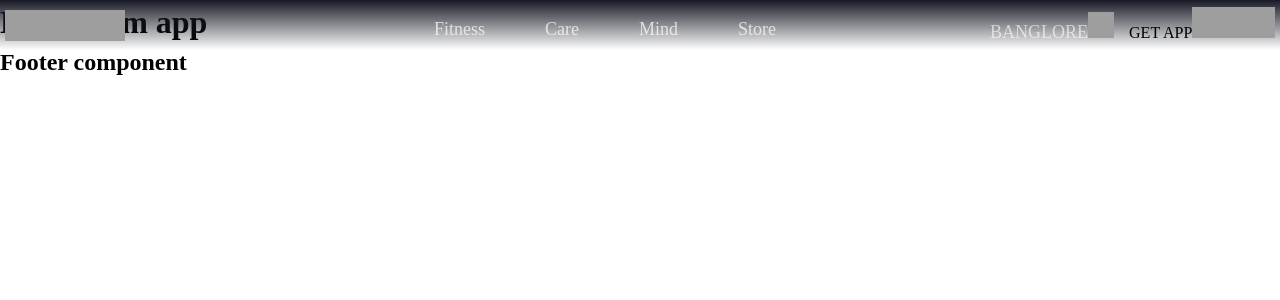
Repository: 1sanjeetsharma/cult-fit-clone
Page: /
The author's editor kept a copy of each file at every save. The page is drawn from the files as they stood at one save, then again after the next save.
The browser window is 1280 px wide. The pictures show the whole page.
Pictures or frames that could not be fetched are drawn as grey boxes. Some web fonts or font styles are not loaded; a fallback is used. The project was rebuilt for these pictures with package versions that can differ from the ones it lists, and the page was loaded fresh each time. Also part of the build but not shown: vite.config.js.

Above is the page before, as saved 2023-07-25 11:26:11.

### src/App.jsx
import LandingPage from "./components/landingPage/LandingPage";
function App() {
  return (
    <>
      <h1>Hello from app</h1>
      <LandingPage />
    </>
  );
}

export default App;

### src/components/landingPage/LandingPage.jsx
import Body from "../body/body";
// import Header from "../body/header/Header";
const LandingPage = () => {
	return (
		<>
			<Body></Body>
		</>
	);
};
export default LandingPage;

### src/components/body/body.jsx
import Header from "./header/Header";
import Footer from "./footer/Footer";
import "./body.css";
const Body = () => {
	console.log("hello from body");
	return (
		<>
			<Header />

			<Footer />
		</>
	);
};
export default Body;

### src/components/body/header/Header.jsx
import Navbar from "../Navbar/Navbar";
const Header = () => {
	return (
		<>
			<Navbar />
		</>
	);
};
export default Header;

### src/components/body/footer/Footer.jsx
const Footer = () => {
  return (
    <>
      <h2>Footer component</h2>
    </>
  );
};
export default Footer;

### src/components/body/body.css
/*
//not working these font  */
@font-face {
	font-family: inter-bold;
	src: url("https://fonts.googleapis.com/css2?family=Inter:wght@700&display=swap");
}
@font-face {
	font-family: helvetica-neue;
	src: url("https://fonts.cdnfonts.com/css/helvetica-neue-5");
}
body {
	font-family: inter-bold, helvetica-neue;
}

### src/components/body/Navbar/Navbar.jsx
import "./navbar.css";
const Navbar = () => {
	return (
		<>
			<div className="Nav-container">
				<nav>
					<a href="javascript:viod(0)">
						<img
							className="logo"
							height={"31px"}
							width={"120px"}
							src="https://cdn-images.cure.fit/www-curefit-com/image/upload/c_fill,w_120,q_auto:eco,dpr_2,f_auto,fl_progressive//image/test/brand-logo/vman-and-white-cult-text.png"
							alt="logo"
						/>
					</a>
					<div className="tabs">
						<a href="javascript:void(0)">Fitness</a>
						<a href="javascript:void(0)">Care</a>
						<a href="javascript:void(0)">Mind</a>
						<a href="javascript:void(0)">Store</a>
					</div>
					<div>
						<button className="location">
							BANGLORE
							<img
								src="https://cdn-images.cure.fit/www-curefit-com/image/upload/c_fill,w_26,q_auto:eco,dpr_2,f_auto,fl_progressive/image/test/header/location.png"
								width={"26px"}
								height={"26px"}
								loading="lazy"
								alt="location"
							/>
						</button>
						<button className="get-app">GET APP</button>

						<button className="avatar">
							<img
								className="btn-img"
								src="https://cdn-images.cure.fit/www-curefit-com/image/upload/c_fill,w_26,q_auto:eco,dpr_2,f_auto,fl_progressive/image/test/header/Profile.png"
								alt="profile picture"
							/>
						</button>
						<button className="cart">
							<img
								className="btn-img"
								src="https://cdn-images.cure.fit/www-curefit-com/image/upload/c_fill,q_auto:eco,dpr_2,f_auto,fl_progressive//image/test/cart-dark-theme.svg"
								alt="cart"
							/>
						</button>
					</div>
				</nav>
			</div>
		</>
	);
};
export default Navbar;

### src/components/body/Navbar/navbar.css
* {
	margin: 0px;
	padding: 0px;
	box-sizing: border-box;
	line-height: 1.42;
}
a {
	text-decoration: none;
	cursor: pointer;
}
.Nav-container {
	position: fixed;
	/* display: flexbox; */
	top: 0px;
	/* height: 60px; */
	width: 100%;

	/* align-content: center; */
	/* text-align: center; */
	/* background-color: #00000077; */
	box-sizing: border-box;
	/* z-index: 2; */
}

.logo,
.btn-img {
	height: 31px;
}
nav {
	display: flex;
	height: 50px;
	padding: 5px;
	flex-flow: row wrap;
	align-items: center;
	justify-content: space-between;
	background-image: linear-gradient(
		to bottom,
		#171a26,
		rgba(23, 26, 38, 0.0001)
	);
}
.tabs {
	/* color: #fff; */
	display: flex;
	flex-direction: row;
	justify-content: spae-between;
	margin-left: 110px;
}
.tabs > a {
	height: 100%;
	color: #fff;
	transition: all 150ms ease;
	opacity: 70%;
	padding: 0 30px;
	line-height: 22px;
	font-size: 18px;
}
.location {
	background: transparent;
	/* outline: none; */
	/* box-shadow: none; */
	font-size: 18px;

	padding: 7px 15px;
	border-radius: 5px;
	transition: all 100ms ease;
	color: rgb(255 255 255/ 60%);
}
button {
	all: unset;
	cursor: pointer;
	/* text-align: center; */
	margin: auto;
}

button:focus {
	outline: revert;
}

Loaded but not shown: index.html (common file); src/main.jsx (common file)

After the next save:
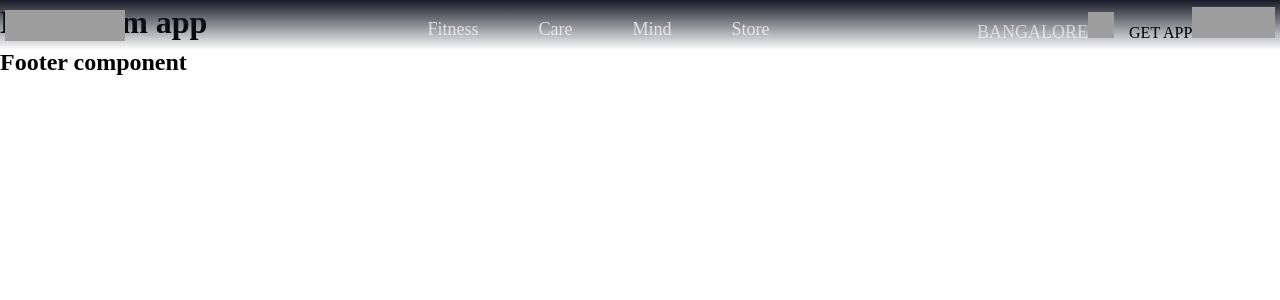
Saved 7 s later.
--- a/src/components/body/Navbar/Navbar.jsx
+++ b/src/components/body/Navbar/Navbar.jsx
@@ -21,7 +21,7 @@ const Navbar = () => {
 					</div>
 					<div>
 						<button className="location">
-							BANGLORE
+							BANGALORE
 							<img
 								src="https://cdn-images.cure.fit/www-curefit-com/image/upload/c_fill,w_26,q_auto:eco,dpr_2,f_auto,fl_progressive/image/test/header/location.png"
 								width={"26px"}
